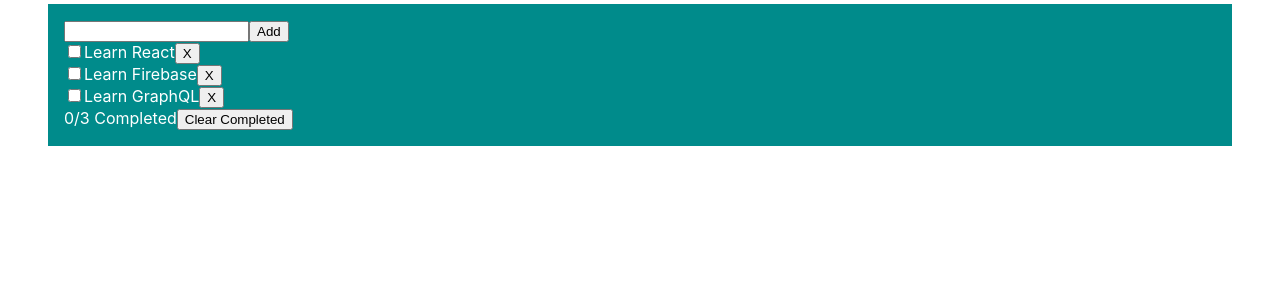
Repository: sedashahnazaryan/Todo
Page: / (app in todo/)
These files come from the project's save history. The page is drawn as it stood at one moment and after a run of saves; the edit follows.
The browser window is 1280 px wide. The pictures show the whole page.
The project was rebuilt for these pictures with package versions that can differ from the ones it lists, and the page was loaded fresh each time.

Above is the page before, as saved 2022-03-09 02:03:00.

After the next 3 saves:
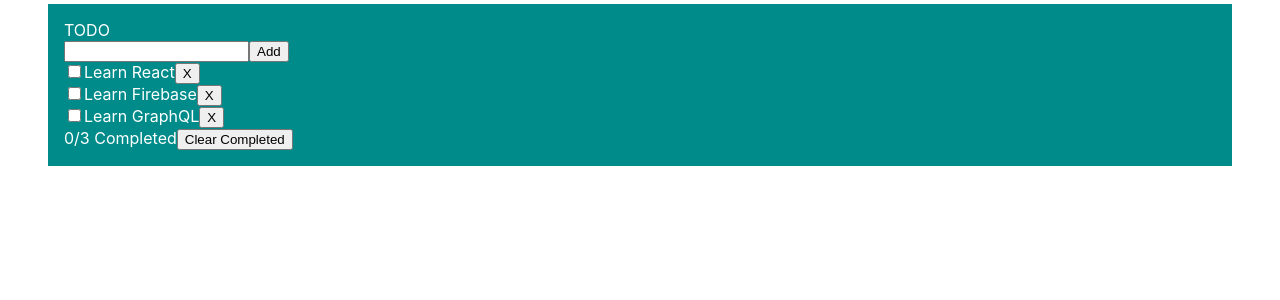
The 3 saves are shown as one change because they came seconds apart.
The last was saved 9 s later.
--- a/todo/src/App.js
+++ b/todo/src/App.js
@@ -28,7 +28,7 @@ const[todos,setTodos]= useState([
 
    return (
      <div className="App">
-       <div></div>
+       <div>TODO</div>
        <TodoForm onAdd={(text)=>{
 setTodos([
   ...todos,
